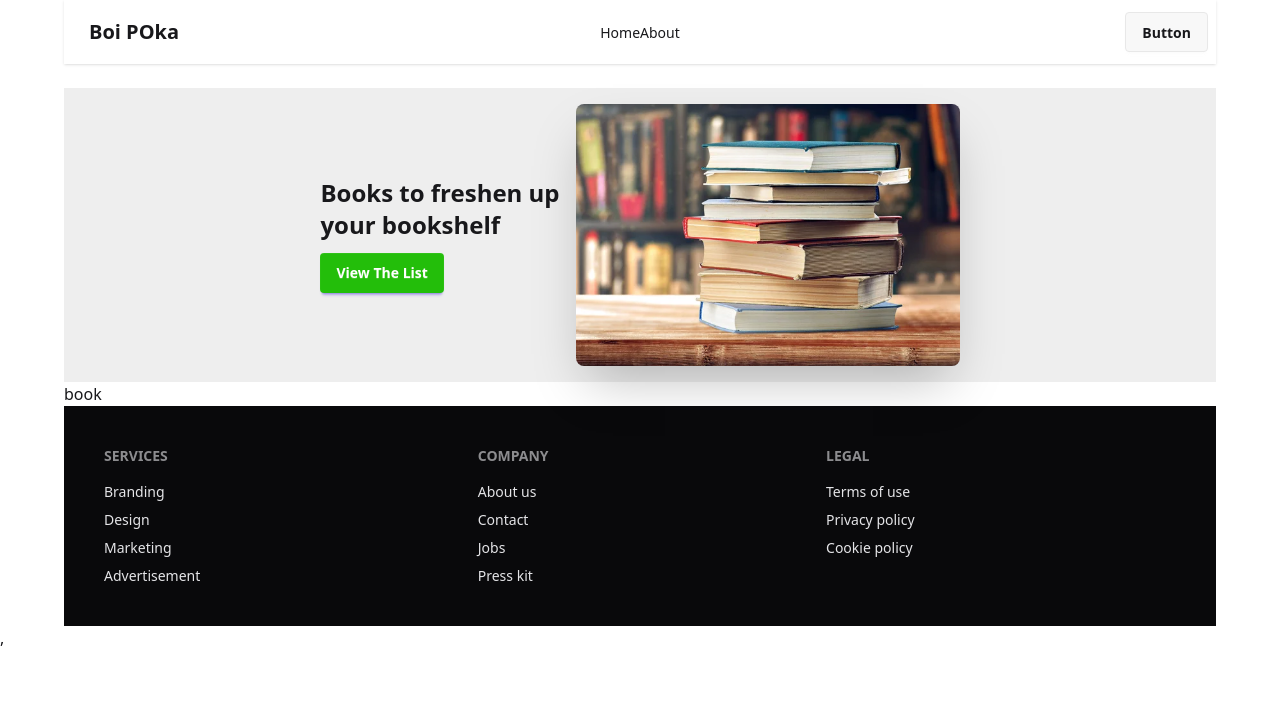
Repository: SanjidaSnigdha/Boipoka-Book-Vibe-Project
Page: /
The author's editor kept a copy of each file at every save. The page is drawn from the files as they stood at one save, then again after the next save.
The browser window is 1280 px wide. The pictures show the whole page.
The project was rebuilt for these pictures with package versions that can differ from the ones it lists, and the page was loaded fresh each time. Also part of the build but not shown: vite.config.js, src/App.css, src/App.jsx, src/Pages/Root/ErrorPage/ErrorPage.jsx.

Above is the page before, as saved 2026-05-12 13:13:55.

After the next save:
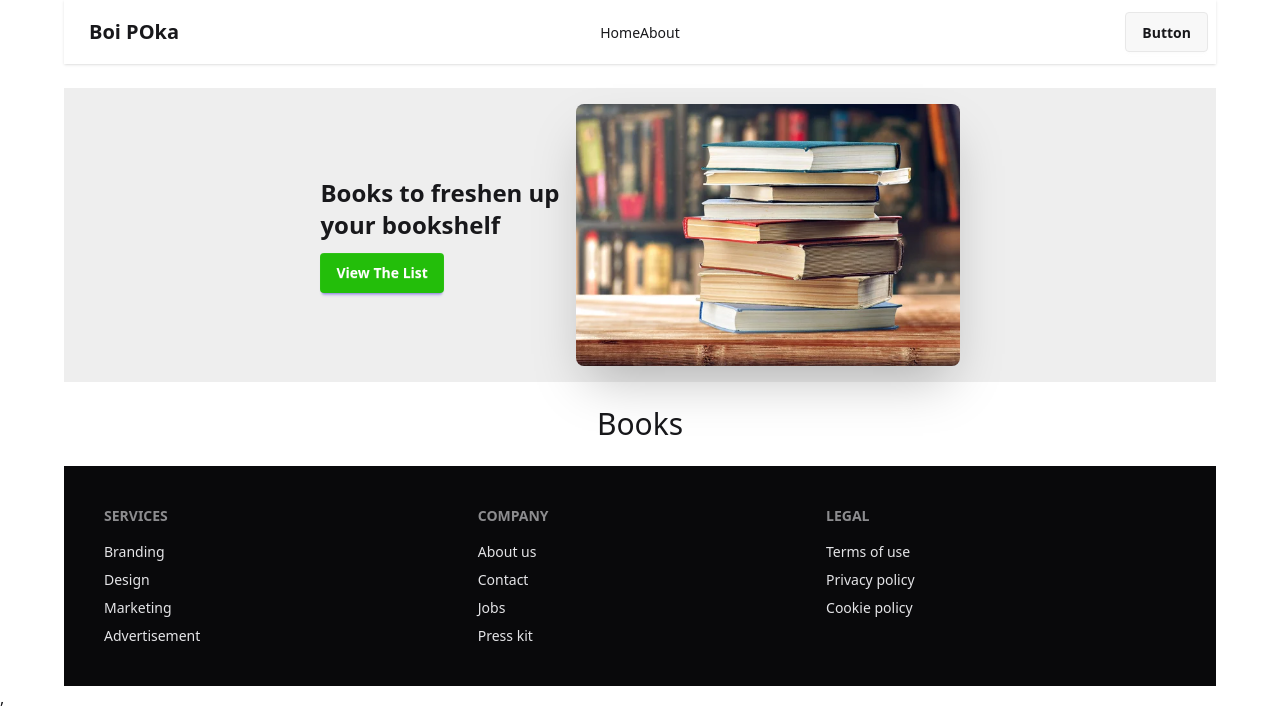
Saved 84 s later.
--- a/src/Pages/Books/Books.jsx
+++ b/src/Pages/Books/Books.jsx
@@ -11,7 +11,7 @@
     },[])
     return (
         <div>
-            <h1>book</h1>
+            <h1 className='text-3xl text-center p-6'>Books</h1>
         </div>
     );
 };
